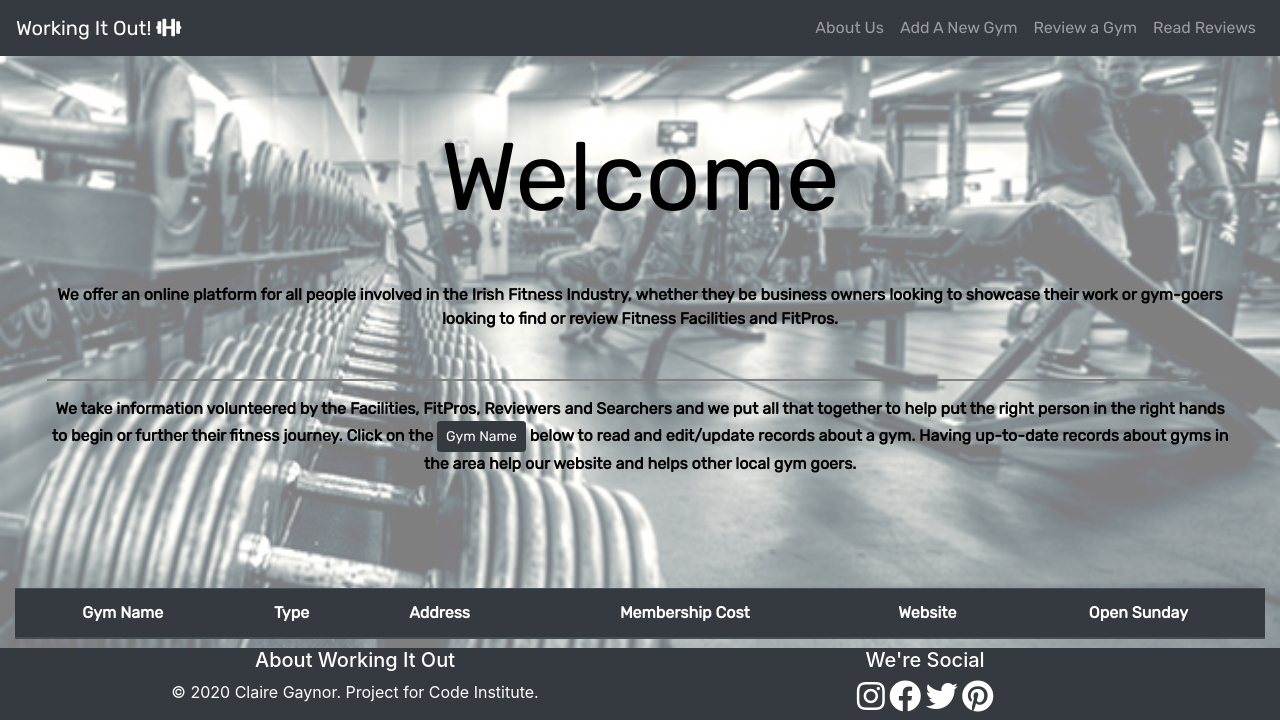
Repository: cgaynor91/Working_It_Out
Page: http://localhost/
The author's editor kept a record of every edit. The page is drawn from the files as they stood at one moment, then again after the next edit.
The browser window is 1280 px wide. The pictures show the whole page.
Some web libraries are served in a nearby version. The page is served by the project's application, run on Flask 3 (app.py). Queries for data that is not in the repository find no rows.

Above is the page before.

After the next edit:
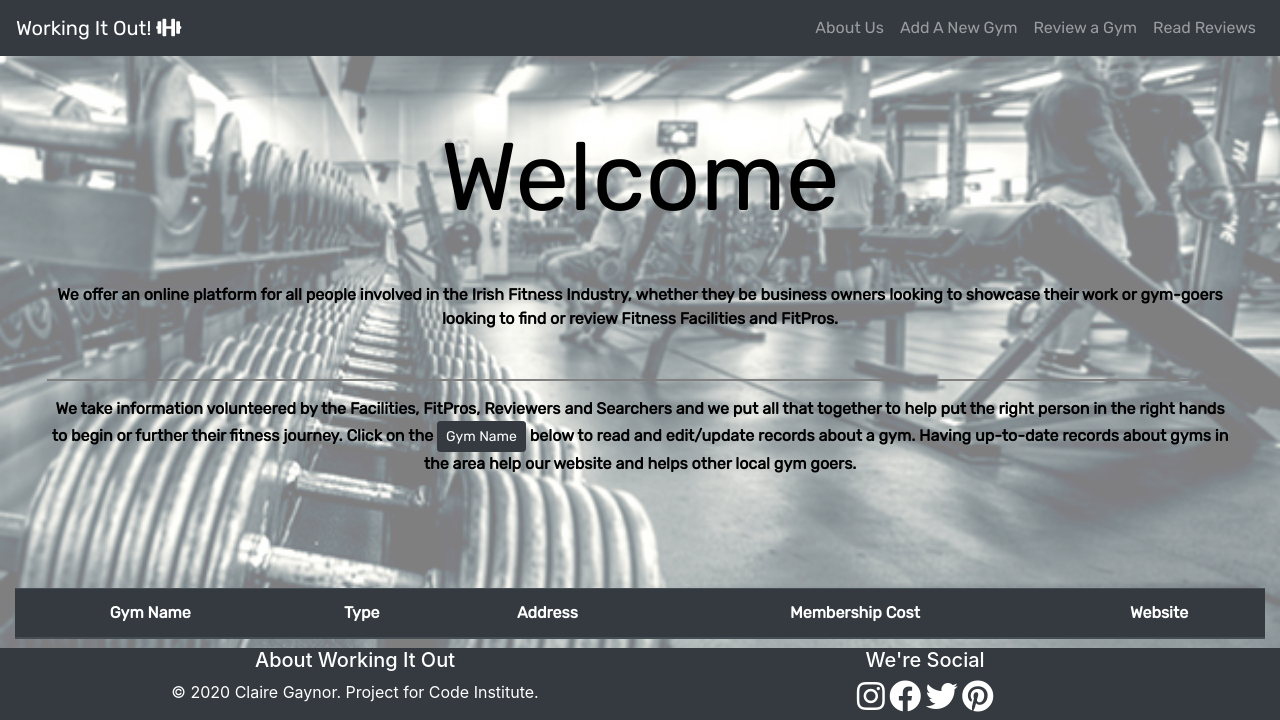
The edit:
--- a/templates/home.html
+++ b/templates/home.html
@@ -7,7 +7,8 @@
   <div class="col-12 jumbo-text">
    <div class="jumbotron">
     <h1 class="display-3">Welcome</h1>
-    <p class="welcome-para"></b>We offer an online platform for all people involved in the Irish Fitness Industry, whether they be business owners looking to showcase their work or gym-goers looking to find or review Fitness Facilities and FitPros.</p>
+    <p class="welcome-para">
+     </b>We offer an online platform for all people involved in the Irish Fitness Industry, whether they be business owners looking to showcase their work or gym-goers looking to find or review Fitness Facilities and FitPros.</p>
     <hr>
     <p class="welcome-para">We take information volunteered by the Facilities, FitPros, Reviewers and Searchers and we put all that together to help put the right person in the right hands to begin or further their fitness journey. Click on the <button type="button" class="btn btn-dark btn-sm">Gym Name</button>     below to read and edit/update records about a gym. Having up-to-date records about gyms in the area help our website and helps other local gym goers.</p>
    </div>
@@ -16,7 +17,7 @@
 
 
 
- <!-- Table of gym Data -->
+ <!-- Table of Gym Data -->
  <div class="row justify-content-center">
   <div class="col-12 col-md-8 table-responsive table-data">
    <table class="table table-hover">
@@ -27,7 +28,6 @@
       <th scope="col">Address</th>
       <th scope="col">Membership Cost</th>
       <th scope="col">Website</th>
-      <th scope="col">Open Sunday</th>
      </tr>
     </thead>
 
@@ -45,7 +45,7 @@
      {% endfor %}
     </tbody>
    </table>
-</div>
+  </div>
 
 
   {% endblock %}
